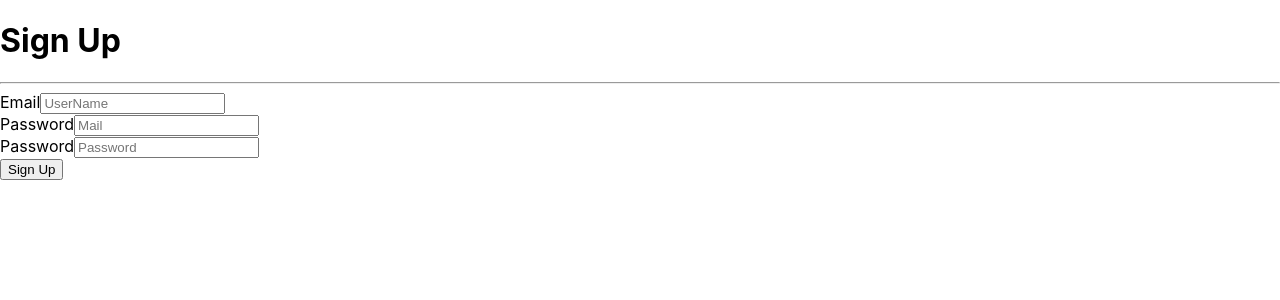
Repository: tosaken1116/Backs-of-seniors-hackathon
Page: /components/SignUpModal
These files come from the project's save history. The page is drawn as it stood at one moment and after the next save; the edit follows.
The browser window is 1280 px wide. The pictures show the whole page.
The project was rebuilt for these pictures with package versions that can differ from the ones it lists, and the page was loaded fresh each time. The framework's server and built-in components were replaced by stand-ins that run in the browser. Also part of the build but not shown: next.config.js.

Above is the page before, as saved 2022-07-16 02:26:01.

### pages/_document.js
import Document, { Head, Html, Main, NextScript } from 'next/document'

class MyDocument extends Document {
  render() {
    return (
      <Html>
        <Head>
          <link
            href="https://fonts.googleapis.com/css2?family=Inter&display=optional"
            rel="stylesheet"
          />
        </Head>
        <body>
          <Main />
          <NextScript />
        </body>
      </Html>
    )
  }
}

export default MyDocument

### pages/components/SignUpModal.tsx
export default function SignInModal() {
  return (
    <div className="formcontainer">
      <form>
        <h1>Sign Up</h1>
        <hr />
        <div className="uiForm">
          <div className="formField">
            <label>Email</label>
            <input type="text" placeholder="UserName" name="username" />
          </div>
          <div className="formField">
            <label>Password</label>
            <input type="text" placeholder="Mail" name="mail" />
          </div>
          <div className="formField">
            <label>Password</label>
            <input type="text" placeholder="Password" name="password" />
          </div>
          <button className="SubmitButton">Sign Up</button>
        </div>
      </form>
    </div>
  );
}

Loaded but not shown: pages/_app.js (common file); styles/globals.css (common file)

After the next save:
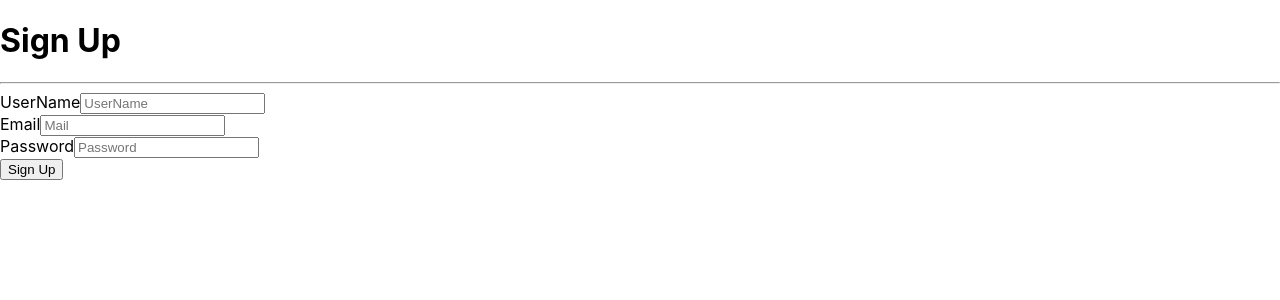
Saved 37 s later.
--- a/pages/components/SignUpModal.tsx
+++ b/pages/components/SignUpModal.tsx
@@ -6,11 +6,11 @@ export default function SignInModal() {
         <hr />
         <div className="uiForm">
           <div className="formField">
-            <label>Email</label>
+            <label>UserName</label>
             <input type="text" placeholder="UserName" name="username" />
           </div>
           <div className="formField">
-            <label>Password</label>
+            <label>Email</label>
             <input type="text" placeholder="Mail" name="mail" />
           </div>
           <div className="formField">
